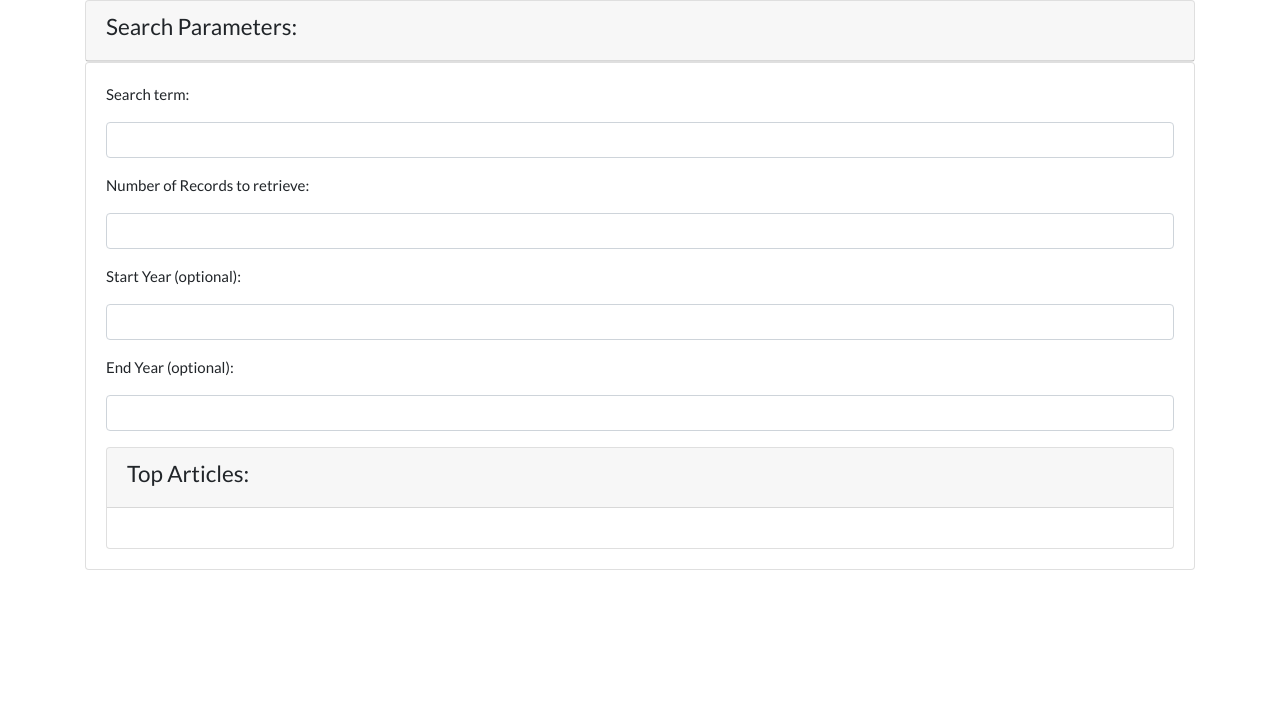
Repository: broganneagle/NYTSearch
Page: index.html
These files come from the project's save history. The page is drawn as it stood at one moment and after the next save; the edit follows.
The browser window is 1280 px wide. The pictures show the whole page.
The page's requests for data from a server got no answer. Some web libraries are served in a nearby version.

Above is the page before, as saved 2020-06-26 14:10:23.

### index.html
<!DOCTYPE html>
<html lang="en">

<head>
    <meta charset="UTF-8">
    <meta name="viewport" content="width=device-width, initial-scale=1.0">
    <title>NYT Search</title>
    <link rel="stylesheet" href="https://stackpath.bootstrapcdn.com/bootstrap/4.3.1/css/bootstrap.min.css" />
    <link href="https://stackpath.bootstrapcdn.com/bootswatch/4.5.0/flatly/bootstrap.min.css" rel="stylesheet"
        integrity="sha384-mhpbKVUOPCSocLzx2ElRISIORFRwr1ZbO9bAlowgM5kO7hnpRBe+brVj8NNPUiFs" crossorigin="anonymous">
</head>

<body>
    <div class=container>
        <div class="card">
            <div class="card-header">
                <h4>Search Parameters:</h4>
            </div>
        </div>
        <div class="card">
            <div class="card-body">
                <p> Search term:</p>
                <div class="input-group mb-3">
                    <input type="text" class="form-control" id="#search"
                        aria-label="Recipient's username" aria-describedby="button-addon2">
                </div>
                <p>Number of Records to retrieve:</p>
                <div class="input-group mb-3">
                    <input type="text" class="form-control" id="#record"
                        aria-label="Recipient's username" aria-describedby="button-addon2">
                </div>
                <p>Start Year (optional):</p>
                <div class="input-group mb-3">
                    <input type="text" class="form-control" id="#startYear"
                        aria-label="Recipient's username" aria-describedby="button-addon2">
                </div>
                <p>End Year (optional):</p>
                <div class="input-group mb-3">
                    <input type="text" class="form-control" id="#endYear"
                        aria-label="Recipient's username" aria-describedby="button-addon2">
                </div>
                <div class="card">
                    <div class="card-header">
                        <h4>Top Articles:</h4>
                    </div>
                    <div class="card-body">
                    </div>
                </div>
            </div>
    <script src="https://cdnjs.cloudflare.com/ajax/libs/jquery/3.2.1/jquery.min.js"></script>
    <script src="./script.js"></script>
</body>

</html>

### script.js
var apiKey = "nwp9hOhAs71BmaQWzGvIPQtygSo8JJtH";
var search = "";
var queryURL = "https://api.nytimes.com/svc/search/v2/articlesearch.json?" + search + "&api-key=" + apiKey;


$.ajax({
    url: queryURL,
    method: "GET"
}).then(function(response) {
    var articles = (response.response.docs);
    console.log(response);
    console.log(articles);

    console.log(articles[0].headline.main);
    console.log(articles[0].abstract);

});

After the next save:
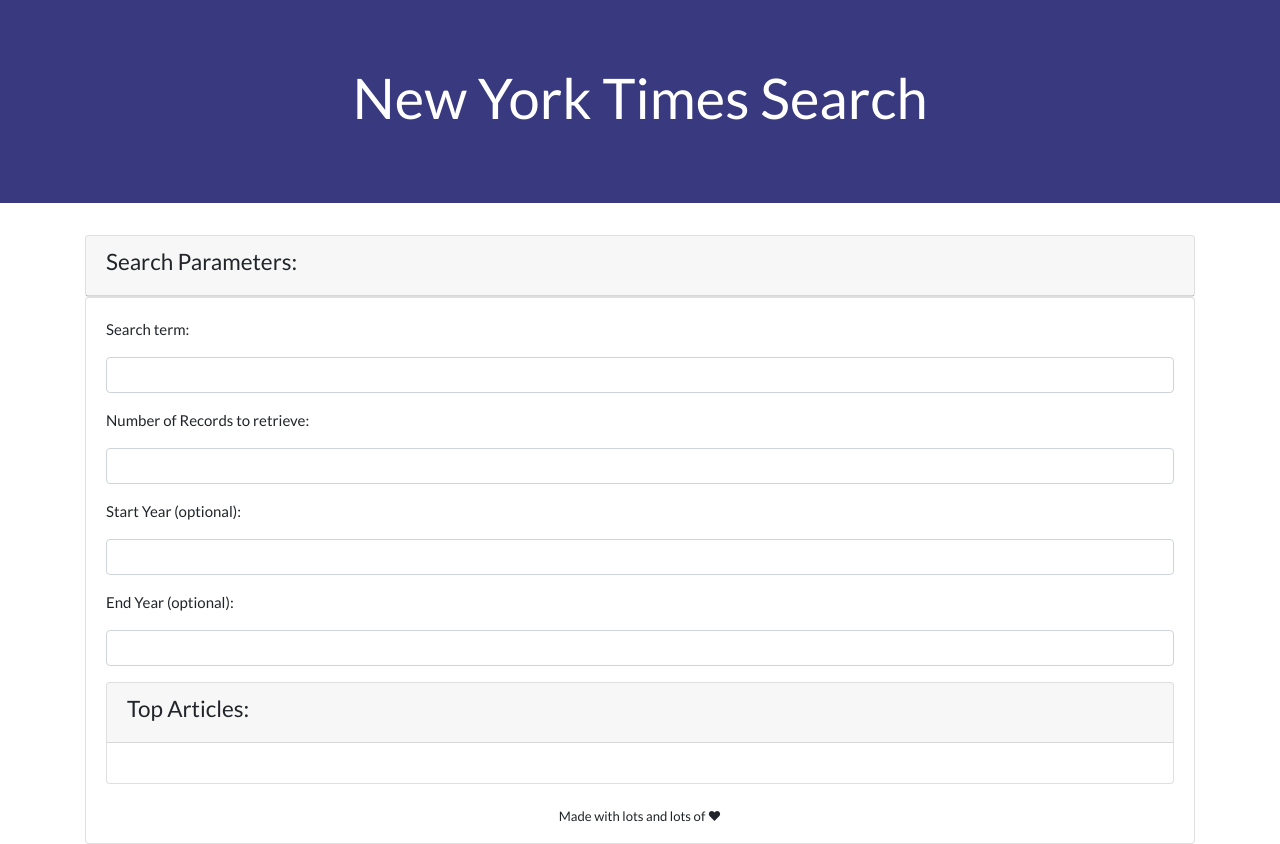
Saved 6 min 50 s later.
--- a/index.html
+++ b/index.html
@@ -8,9 +8,29 @@
     <link rel="stylesheet" href="https://stackpath.bootstrapcdn.com/bootstrap/4.3.1/css/bootstrap.min.css" />
     <link href="https://stackpath.bootstrapcdn.com/bootswatch/4.5.0/flatly/bootstrap.min.css" rel="stylesheet"
         integrity="sha384-mhpbKVUOPCSocLzx2ElRISIORFRwr1ZbO9bAlowgM5kO7hnpRBe+brVj8NNPUiFs" crossorigin="anonymous">
+        <link rel="stylesheet" href="https://cdnjs.cloudflare.com/ajax/libs/font-awesome/4.7.0/css/font-awesome.min.css">
+    <style>
+        .jumbotron {
+            text-align: center;
+            background-color: rgba(16, 16, 102, 0.829);
+            color: white;
+        }
+
+        footer {
+            text-align: center;
+        }
+    </style>
 </head>
 
 <body>
+    <div class="jumbotron jumbotron-fluid">
+        <div class="container">
+          <h1 class="display-4"> <i class="fas fa-newspaper"></i>New York Times Search</h1>
+        </div>
+      </div>
+    <script src="https://cdnjs.cloudflare.com/ajax/libs/jquery/3.2.1/jquery.min.js"></script>
+    <script src="./script.js"></script>
+</body>
     <div class=container>
         <div class="card">
             <div class="card-header">
@@ -50,5 +70,7 @@
     <script src="https://cdnjs.cloudflare.com/ajax/libs/jquery/3.2.1/jquery.min.js"></script>
     <script src="./script.js"></script>
 </body>
-
+<footer>
+    <p><small>Made with lots and lots of &hearts;</small></p>
+</footer>
 </html>
